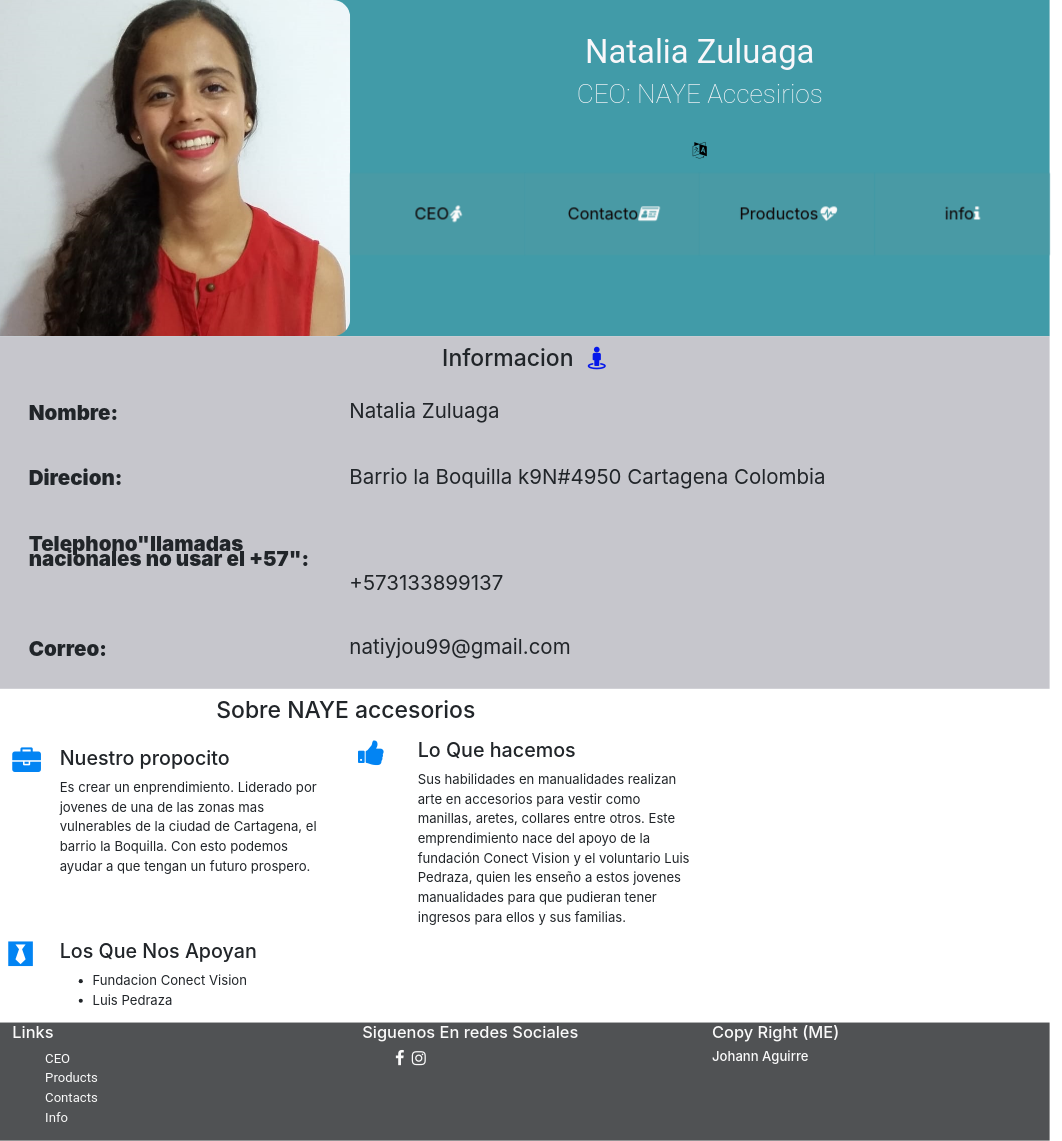
Repository: cachimiro/1-mile-stone-project
Page: index.html
The author's editor kept a record of every edit. The page is drawn from the files as they stood at one moment, then again after the next edit.
The browser window is 1280 px wide. The page is 1295 px wide, so the pictures cover 1295 px, including what lies to the right of the window. The pictures show the whole page, at 82% of full size.
Some web libraries are served in a nearby version.

Above is the page before.

After the next edit:
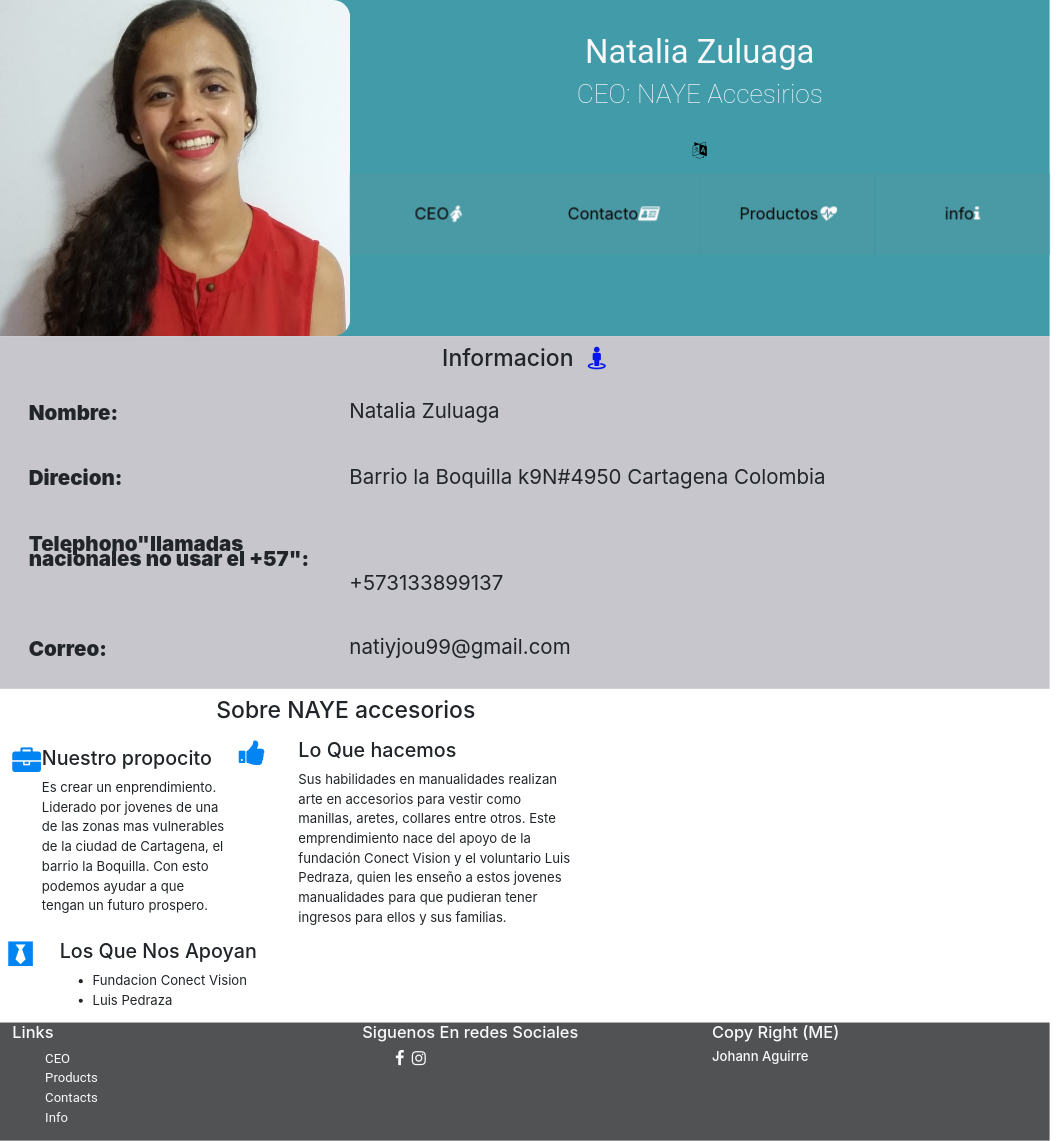
The edit:
--- a/index.html
+++ b/index.html
@@ -131,7 +131,7 @@
                     </div>
                 </div>
                     <div class="row">
-                        <div class="col-10 offset-1 offset-sm-0 col-sm-4 col-md-6">
+                        <div class="col-10 offset-1 offset-sm-0 col-sm-4 col-md-4">
                             <div class="row">
                                 <div class="col-2">
                                     <i class=" move-icon three-reasons-icon fa fa-briefcase" aria-hidden="true"></i>
